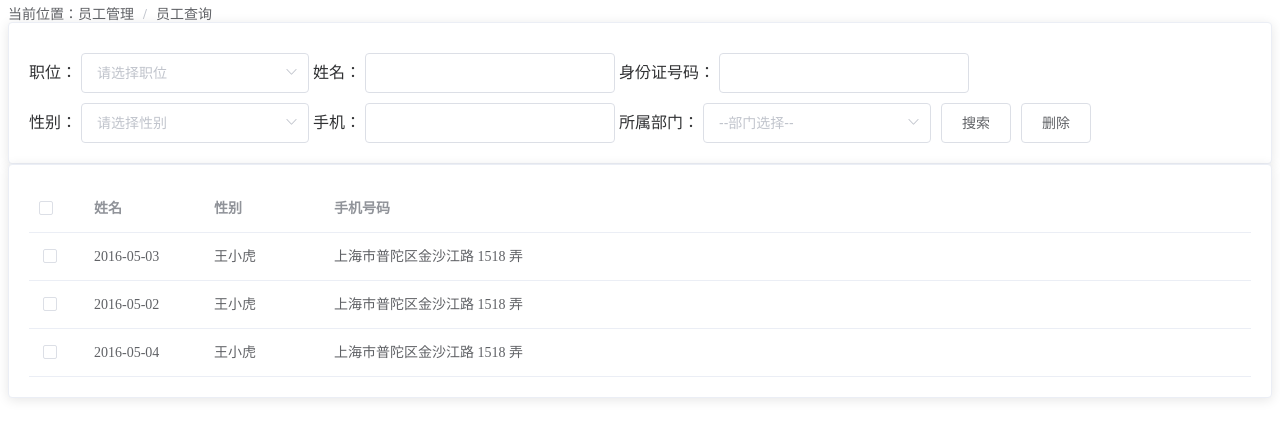
Repository: YUNjwyao/vue_hrm
Page: /#/employee
The author's editor kept a copy of each file at every save. The page is drawn from the files as they stood at one save, then again after the next save.
The browser window is 1280 px wide. The pictures show the whole page.
The project was rebuilt for these pictures with package versions that can differ from the ones it lists, and the page was loaded fresh each time.

Above is the page before, as saved 2020-10-15 19:34:34.

After the next save:
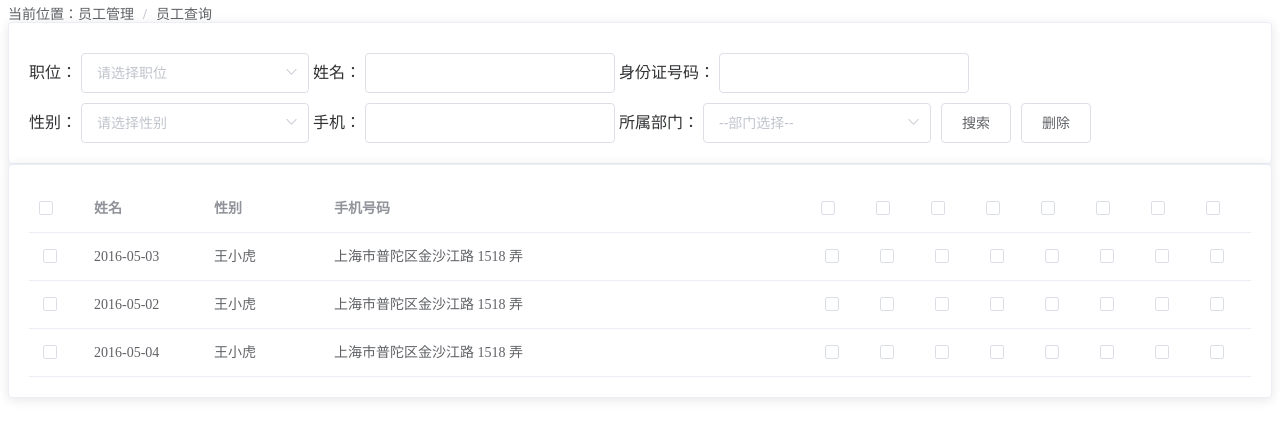
Saved 58 s later.
--- a/src/components/Employee/EmployeeQuery.vue
+++ b/src/components/Employee/EmployeeQuery.vue
@@ -76,6 +76,38 @@
       prop="address"
       label="手机号码"
       show-overflow-tooltip>
+    </el-table-column>
+	<el-table-column
+      type="selection"
+      width="55">
+    </el-table-column>
+	<el-table-column
+      type="selection"
+      width="55">
+    </el-table-column>
+	<el-table-column
+      type="selection"
+      width="55">
+    </el-table-column>
+	<el-table-column
+      type="selection"
+      width="55">
+    </el-table-column>
+	<el-table-column
+      type="selection"
+      width="55">
+    </el-table-column>
+	<el-table-column
+      type="selection"
+      width="55">
+    </el-table-column>
+	<el-table-column
+      type="selection"
+      width="55">
+    </el-table-column>
+	<el-table-column
+      type="selection"
+      width="55">
     </el-table-column>
   </el-table>
 	</el-card>
